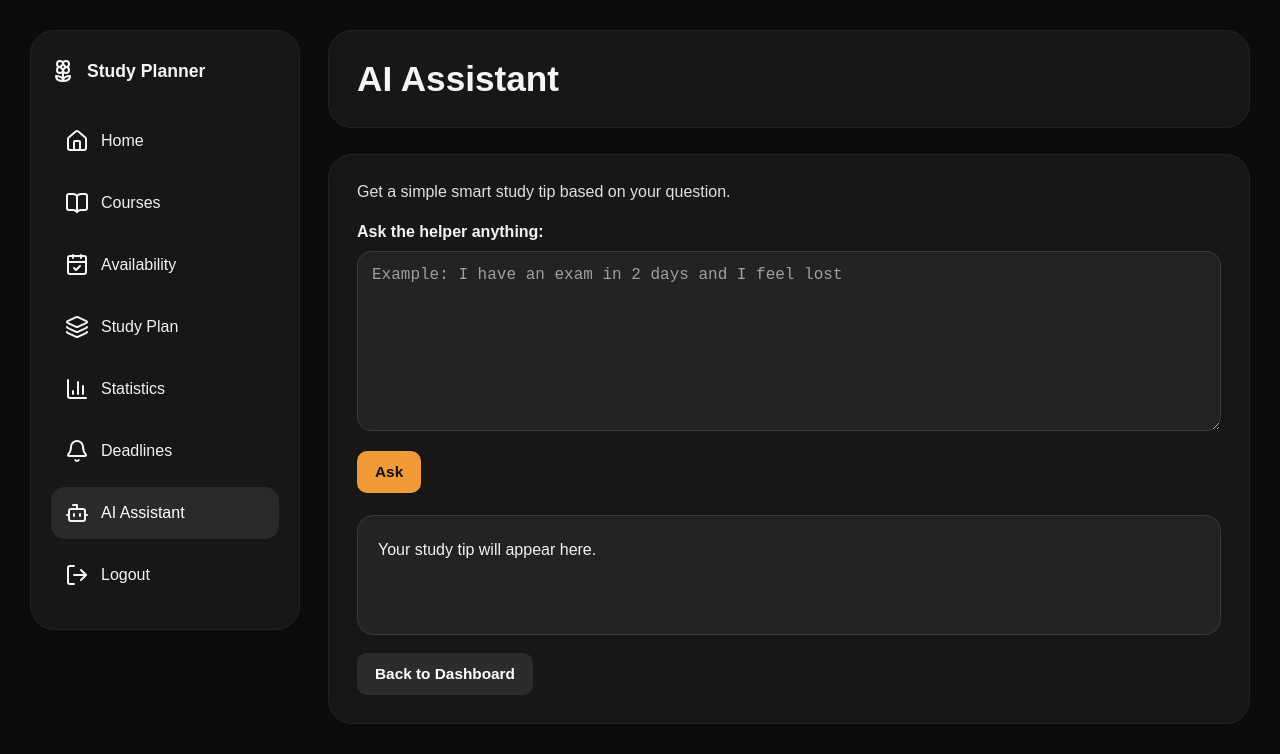
Repository: HaifaBaderBinDuhaim/web
Page: Frontend/ai-helper.html
The author's editor kept a copy of each file at every save. The page is drawn from the files as they stood at one save, then again after the next save.
The browser window is 1280 px wide. The pictures show the whole page.

Above is the page before, as saved 2026-04-10 22:46:15.
Not found: Frontend/ai-helper.js

### Frontend/ai-helper.html
<!doctype html>
<html lang="en">
  <head>
    <meta charset="UTF-8" />
    <meta name="viewport" content="width=device-width, initial-scale=1.0" />
    <title>AI Study Helper - Smart Study Planner</title>
    <link rel="stylesheet" href="style shams.css" />
    <script src="https://unpkg.com/lucide@latest"></script>
  </head>
  <body class="ai-page body-sidebare">
    <div class="dashboard-layout">
      <!-- Sidebar -->
      <div class="sidebar">
        <div class="logo">
          <i data-lucide="flower-2"></i>
          <span>Study Planner</span>
        </div>

        <div class="menu">
          <div class="item">
            <i data-lucide="home"></i>
            <a href="dashboard.html" class="link">Home</a>
          </div>

          <div class="item">
            <i data-lucide="book-open"></i>
            <a href="courses2.html" class="link">Courses</a>
          </div>

          <div class="item">
            <i data-lucide="calendar-check"></i>
            <a href="availability.html" class="link">Availability</a>
          </div>

          <div class="item">
            <i data-lucide="layers-3"></i>
            <a href="planner.html" class="link">Study Plan</a>
          </div>

          <div class="item">
            <i data-lucide="bar-chart-3"></i>
            <a href="stats.html" class="link">Statistics</a>
          </div>

          <div class="item">
            <i data-lucide="bell"></i>
            <a href="tasks.html" class="link">Deadlines</a>
          </div>

          <div class="item active">
            <i data-lucide="bot"></i>
            <a href="ai-helper.html" class="link">AI Assistant</a>
          </div>

          <div class="item">
            <i data-lucide="log-out"></i>
            <a href="register.html" class="link">Logout</a>
          </div>
        </div>
      </div>

      <!-- Main Content -->
      <div class="dashboard-wrapper">
        <div class="page-top-card">
          <h1>AI Assistant</h1>
        </div>

        <div class="page-content-card">
          <p class="subtitle">
            Get a simple smart study tip based on your question.
          </p>

          <label for="studentQuestion">Ask the helper anything:</label>
          <textarea
            id="studentQuestion"
            rows="5"
            placeholder="Example: I have an exam in 2 days and I feel lost"
          ></textarea>

          <button onclick="generateResponse()">Ask</button>

          <div class="ai-box" id="aiResponse">
            Your study tip will appear here.
          </div>

          <button class="btn back-btn" onclick="goBack()">
            Back to Dashboard
          </button>
        </div>
      </div>
    </div>

    <script>
      lucide.createIcons();
    </script>
    <script src="ai-helper.js"></script>
  </body>
</html>

### Frontend/style shams.css
.body-sidebare {
  margin: 0;
}

.dashboard-layout {
  display: flex;
  min-height: 100vh;
  background-color: #0b0b0b;
  gap: 28px;
  padding: 30px;
  box-sizing: border-box;
}

/* ===== Sidebar ===== */
.sidebar {
  width: 270px;
  background: #171717;
  border-radius: 24px;
  padding: 28px 20px;
  box-sizing: border-box;
  border: 1px solid #232323;
  flex-shrink: 0;
  align-self: flex-start;
}

.sidebar .logo {
  display: flex;
  align-items: center;
  gap: 12px;
  margin-bottom: 32px;
}

.sidebar .logo i {
  color: #b48cff;
  width: 22px;
  height: 22px;
}

.sidebar .logo span {
  color: #f5f5f5;
  font-size: 1.1rem;
  font-weight: 700;
}

.sidebar .menu {
  display: flex;
  flex-direction: column;
  gap: 10px;
}

.sidebar .item {
  display: flex;
  align-items: center;
  gap: 12px;
  padding: 14px 14px;
  border-radius: 14px;
  transition: 0.25s ease;
}

.sidebar .item i {
  width: 18px;
  height: 18px;
  color: #f2f2f2;
}

.sidebar .link {
  color: #f2f2f2;
  text-decoration: none;
  font-size: 1rem;
  font-weight: 500;
}

/* hover */
.sidebar .item:hover {
  background-color: #242424;
}

/* active item */
.sidebar .item.active {
  background-color: #2a2a2a;
}

.sidebar .item.active i,
.sidebar .item.active .link {
  color: #ffffff;
}

/* ===== Main Area ===== */
.dashboard-wrapper {
  flex: 1;
  min-width: 0;
}

/* top card / page container */
.dashboard-page .dashboard-container,
.ai-page .container {
  width: 100%;
  max-width: none;
  margin: 0;
  background: transparent;
  border: none;
  box-shadow: none;
  padding: 0;
}

/* top title card */
.page-top-card {
  background: #171717;
  border: 1px solid #232323;
  border-radius: 24px;
  padding: 28px 28px;
  margin-bottom: 26px;
}

.page-top-card h1 {
  margin: 0;
  color: #f5f5f5;
  font-size: 2.2rem;
  font-weight: 700;
}

/* content card */
.page-content-card {
  background: #171717;
  border: 1px solid #232323;
  border-radius: 24px;
  padding: 28px;
  box-sizing: border-box;
}

/* =========================
   DASHBOARD
========================= */
.dashboard-page {
  background: #0b0b0b;
  color: #f5f5f5;
  font-family: Arial, sans-serif;
}

.dashboard-page .subtitle {
  margin: 0 0 24px;
  color: #e5e5e5;
  font-size: 1rem;
}

.dashboard-page h2 {
  margin: 0 0 18px;
  color: #f28c32;
  font-size: 1.9rem;
  font-weight: 700;
}

.dashboard-page .stats-grid {
  display: grid;
  grid-template-columns: repeat(4, 1fr);
  gap: 18px;
  margin-bottom: 28px;
}

.dashboard-page .stats-card {
  background: #232323;
  border: 1px solid #3a3a3a;
  border-radius: 16px;
  padding: 24px 18px;
  min-height: 120px;
  box-sizing: border-box;
  text-align: center;
}

.dashboard-page .stats-card h3 {
  margin: 0 0 14px;
  color: #f0f0f0;
  font-size: 1rem;
}

.dashboard-page .stats-card p {
  margin: 0;
  font-size: 1.8rem;
  font-weight: 700;
  color: #f2b35f;
}

.dashboard-page .session-box {
  background: #232323;
  border: 1px solid #343434;
  border-radius: 16px;
  padding: 18px 20px;
  margin-bottom: 16px;
  display: flex;
  justify-content: space-between;
  align-items: center;
  gap: 18px;
}

.dashboard-page .session-info strong {
  display: block;
  color: #ffffff;
  font-size: 1.1rem;
  margin-bottom: 6px;
}

.dashboard-page .session-info p {
  margin: 0;
  color: #d0d0d0;
  font-size: 0.96rem;
}

.dashboard-page .session-actions {
  display: flex;
  gap: 10px;
}

.dashboard-page .session-btn,
.dashboard-page .missed-btn {
  border: none;
  border-radius: 10px;
  padding: 11px 18px;
  font-size: 0.95rem;
  font-weight: 700;
  cursor: pointer;
  min-width: 110px;
  transition: 0.25s ease;
}

.dashboard-page .session-btn {
  background: #f29a38;
  color: #111111;
}

.dashboard-page .session-btn:hover {
  background: #ffab52;
}

.dashboard-page .missed-btn {
  background: #d9534f;
  color: #ffffff;
}

.dashboard-page .missed-btn:hover {
  background: #ee615c;
}

.dashboard-page .session-btn:disabled,
.dashboard-page .missed-btn:disabled {
  background: #5b5b5b;
  color: #e0e0e0;
  cursor: not-allowed;
}

/* =========================
   AI HELPER
========================= */
.ai-page {
  background: #0b0b0b;
  color: #f5f5f5;
  font-family: Arial, sans-serif;
}

.ai-page .subtitle {
  margin: 0 0 22px;
  color: #e0e0e0;
}

.ai-page label {
  display: block;
  margin-bottom: 10px;
  color: #f2f2f2;
  font-size: 1rem;
  font-weight: 700;
}

.ai-page textarea {
  width: 100%;
  min-height: 180px;
  background: #232323;
  border: 1px solid #3a3a3a;
  border-radius: 14px;
  color: #ffffff;
  padding: 14px;
  box-sizing: border-box;
  font-size: 1rem;
  outline: none;
  resize: vertical;
}

.ai-page textarea::placeholder {
  color: #9f9f9f;
}

.ai-page textarea:focus {
  border-color: #f28c32;
  box-shadow: 0 0 0 3px rgba(242, 140, 50, 0.14);
}

.ai-page button,
.ai-page .btn {
  border: none;
  border-radius: 10px;
  padding: 12px 18px;
  font-size: 0.96rem;
  font-weight: 700;
  cursor: pointer;
  transition: 0.25s ease;
}

.ai-page button {
  margin-top: 16px;
  background: #f29a38;
  color: #111111;
}

.ai-page button:hover {
  background: #ffab52;
}

.ai-page .ai-box {
  margin-top: 22px;
  background: #232323;
  border: 1px solid #3a3a3a;
  border-radius: 16px;
  padding: 20px;
  min-height: 120px;
  box-sizing: border-box;
  color: #f2f2f2;
  line-height: 1.7;
}

.ai-page .back-btn {
  display: inline-block;
  margin-top: 18px;
  background: #2c2c2c;
  color: #ffffff;
}

.ai-page .back-btn:hover {
  background: #3a3a3a;
}

/* =========================
   RESPONSIVE
========================= */
@media (max-width: 1100px) {
  .dashboard-page .stats-grid {
    grid-template-columns: repeat(2, 1fr);
  }
}

@media (max-width: 850px) {
  .dashboard-layout {
    flex-direction: column;
    padding: 18px;
  }

  .sidebar {
    width: 100%;
  }

  .dashboard-page .session-box {
    flex-direction: column;
    align-items: flex-start;
  }

  .dashboard-page .session-actions {
    width: 100%;
    flex-wrap: wrap;
  }
}

@media (max-width: 560px) {
  .dashboard-page .stats-grid {
    grid-template-columns: 1fr;
  }

  .dashboard-page .session-actions {
    flex-direction: column;
    width: 100%;
  }

  .dashboard-page .session-btn,
  .dashboard-page .missed-btn,
  .ai-page button,
  .ai-page .back-btn {
    width: 100%;
  }

  .page-top-card h1 {
    font-size: 1.7rem;
  }
}

After the next save:
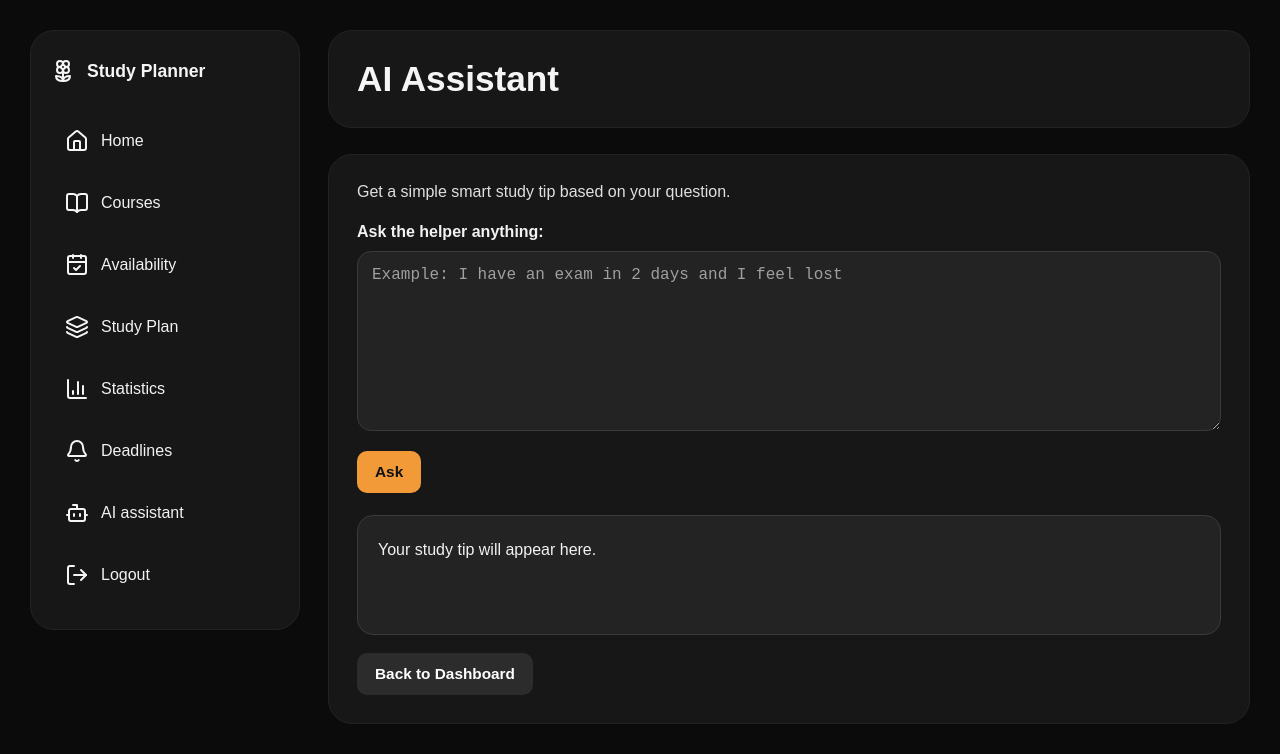
Saved 2 min 44 s later.
--- a/Frontend/ai-helper.html
+++ b/Frontend/ai-helper.html
@@ -19,45 +19,72 @@
         <div class="menu">
           <div class="item">
             <i data-lucide="home"></i>
-            <a href="dashboard.html" class="link">Home</a>
+            <a
+              href="dashboard.html"
+              alt="home page"
+              target="_blank"
+              class="link"
+              >Home</a
+            >
           </div>
 
           <div class="item">
             <i data-lucide="book-open"></i>
-            <a href="courses2.html" class="link">Courses</a>
+            <a href="courses2.html" alt="courses" target="_blank" class="link"
+              >Courses</a
+            >
           </div>
 
           <div class="item">
             <i data-lucide="calendar-check"></i>
-            <a href="availability.html" class="link">Availability</a>
+            <a
+              href="availability.html"
+              alt="availability times"
+              target="_blank"
+              class="link"
+              >Availability</a
+            >
           </div>
 
           <div class="item">
             <i data-lucide="layers-3"></i>
-            <a href="planner.html" class="link">Study Plan</a>
+            <a href="planner.html" alt="study plan" target="_blank" class="link"
+              >Study Plan</a
+            >
           </div>
 
           <div class="item">
             <i data-lucide="bar-chart-3"></i>
-            <a href="stats.html" class="link">Statistics</a>
+            <a href="stats.html" alt="Statistics" target="_blank" class="link"
+              >Statistics</a
+            >
           </div>
 
           <div class="item">
             <i data-lucide="bell"></i>
-            <a href="tasks.html" class="link">Deadlines</a>
-          </div>
-
-          <div class="item active">
-            <i data-lucide="bot"></i>
-            <a href="ai-helper.html" class="link">AI Assistant</a>
+            <a href="tasks.html" alt="Reminder" target="_blank" class="link"
+              >Deadlines</a
+            >
           </div>
 
           <div class="item">
+            <i data-lucide="bot"></i>
+            <a href="ai-helper.html" alt="AI" target="_blank" class="link"
+              >AI assistant</a
+            >
+          </div>
+          <div class="item">
             <i data-lucide="log-out"></i>
-            <a href="register.html" class="link">Logout</a>
+            <a href="logIn.html" alt="Logout" target="_blank" class="link"
+              >Logout</a
+            >
           </div>
         </div>
       </div>
+
+      <script>
+        lucide.createIcons();
+      </script>
 
       <!-- Main Content -->
       <div class="dashboard-wrapper">
